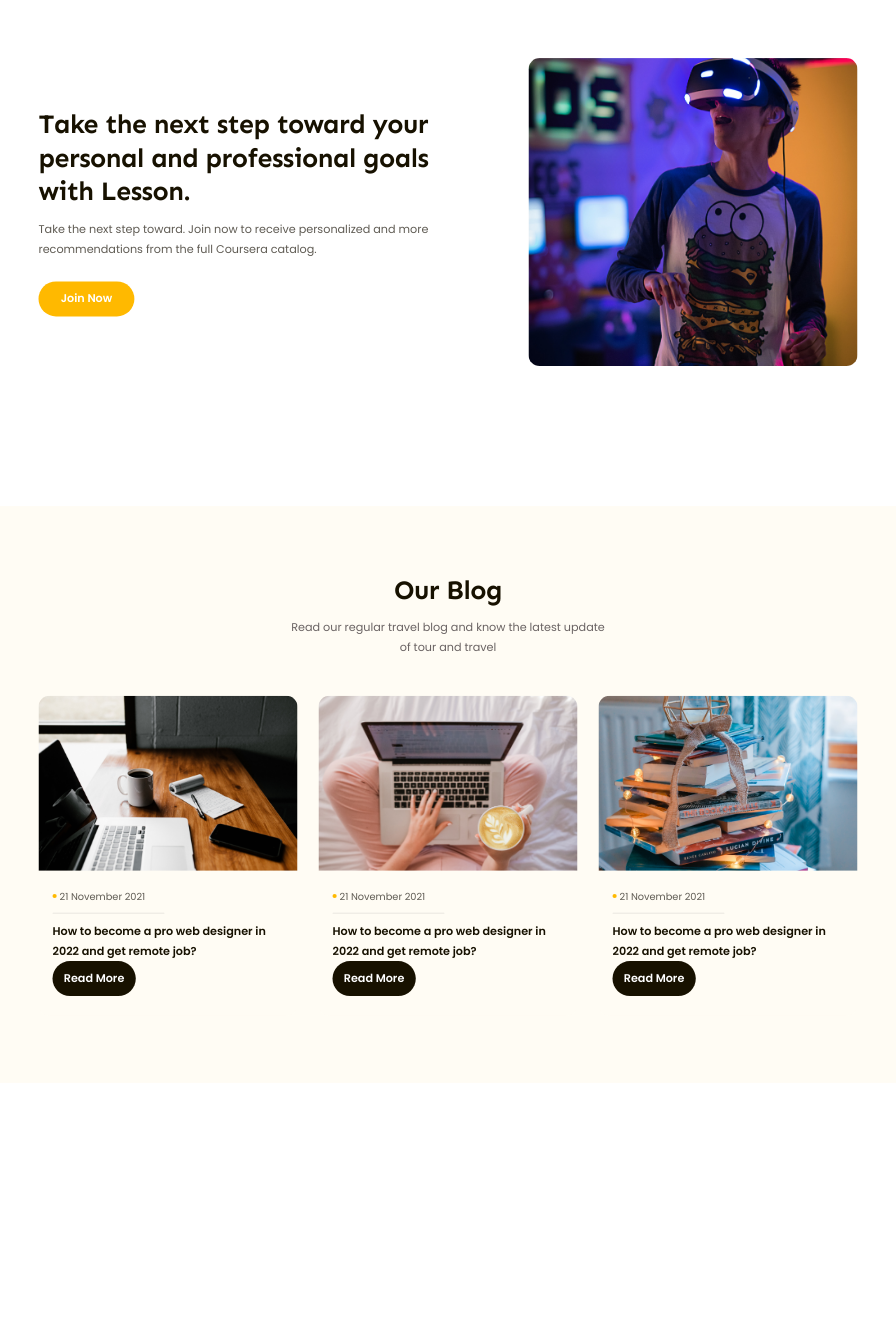
Repository: ynguyen1512/htmlcss-project-02
Page: index.html
The author's editor kept a copy of each file at every save. The page is drawn from the files as they stood at one save, then again after the next save.
The browser window is 1280 px wide. The pictures show the part of the page from y = 3080 to 5000 px (the page is 5000 px tall), at 70% of full size.
A picture or video elsewhere on the page could not be fetched, so the positions and the page height are approximate.

Above is the page before, as saved 2023-03-11 13:47:16.

After the next save:
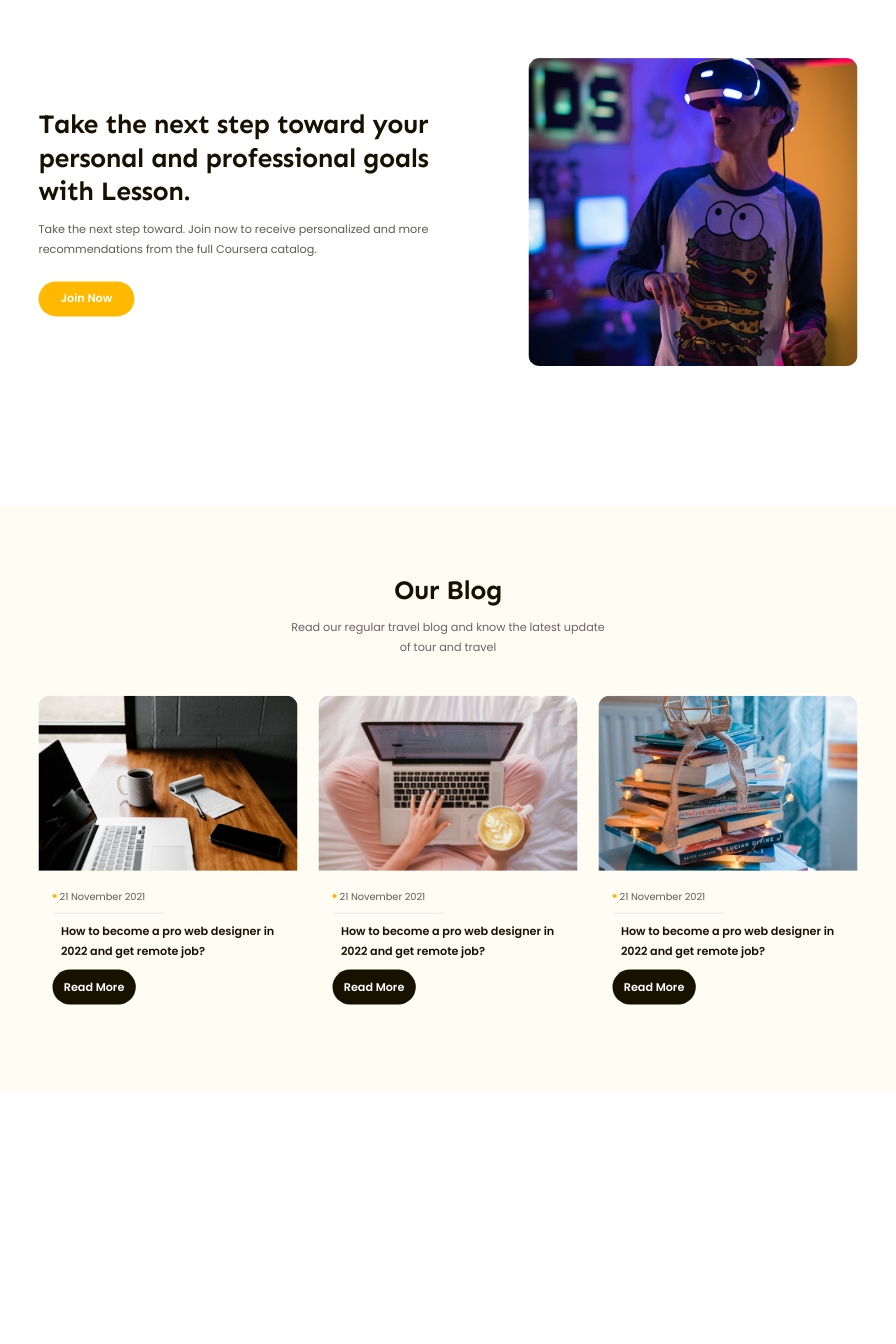
Saved 35 s later.
--- a/assets/css/style.css
+++ b/assets/css/style.css
@@ -626,7 +626,7 @@ a {
 
 .blog .item .title a {
   display: inline-block;
-  margin-top: 12px;
+  margin: 12px 12px;
   font-weight: 600;
   font-size: 1.6rem;
   line-height: 1.75;
